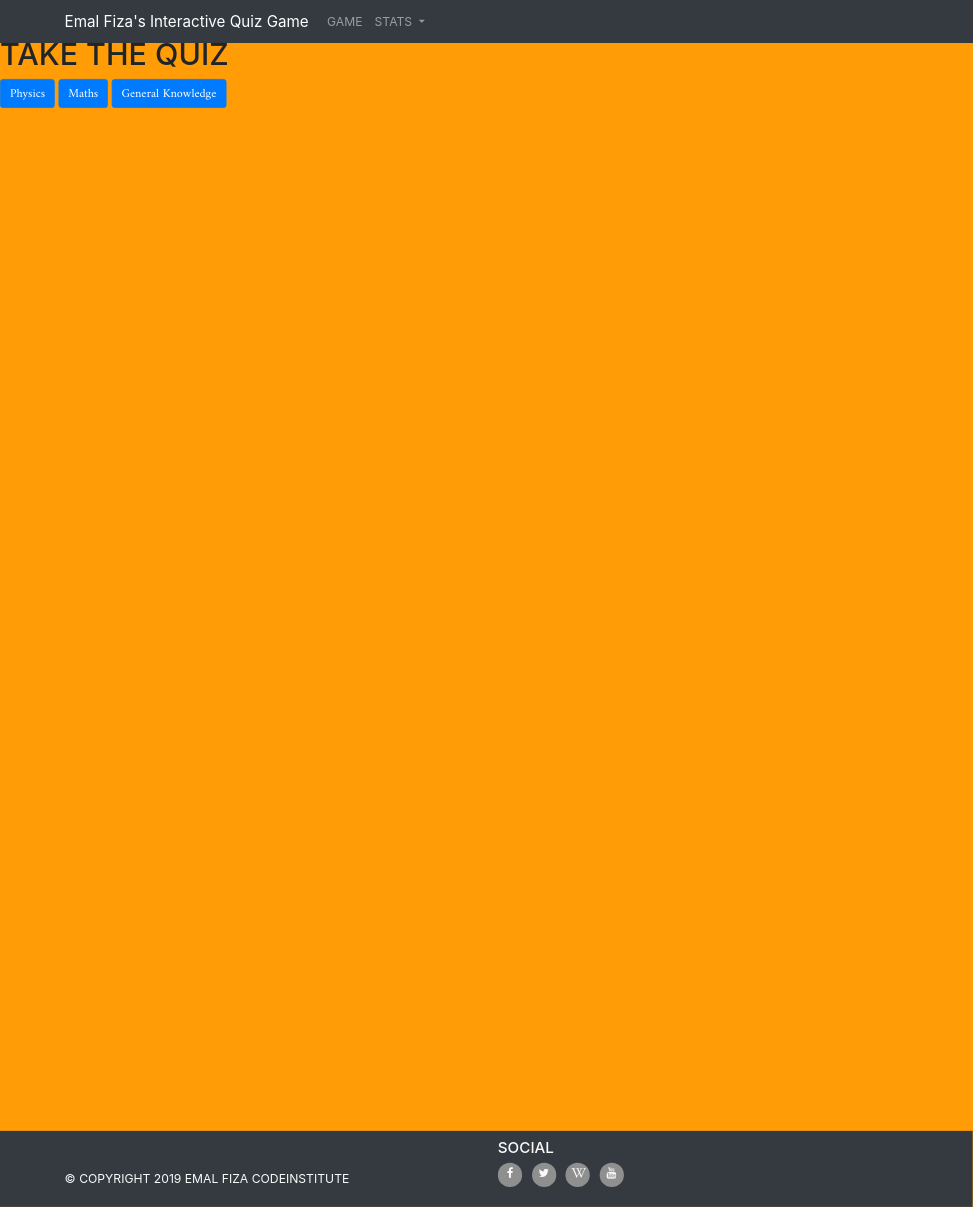
Repository: emalfiza/interactive-quiz-game
Page: index.html
The author's editor kept a record of every edit. The page is drawn from the files as they stood at one moment, then again after the next edit.
The browser window is 1280 px wide. The pictures show the whole page, at 76% of full size.
Some web fonts or font styles are not loaded; a fallback is used. Some web libraries are served in a nearby version.

Above is the page before.
Console error: TypeError: $(...).scrollspy is not a function

### index.html
<!DOCTYPE html>
<html lang="en">

<head>
    <meta charset="UTF-8">
    <meta name="viewport" content="width=device-width, initial-scale=1.0">
    <meta http-equiv="X-UA-Compatible" content="ie=edge">
    <!-- font awesome library -->
    <link rel="stylesheet" href="https://stackpath.bootstrapcdn.com/font-awesome/4.7.0/css/font-awesome.min.css" type="text/css">
    <!-- Bootstrap CDN -->
    <link rel="stylesheet" href="https://stackpath.bootstrapcdn.com/bootstrap/4.3.1/css/bootstrap.min.css" integrity="sha384-ggOyR0iXCbMQv3Xipma34MD+dH/1fQ784/j6cY/iJTQUOhcWr7x9JvoRxT2MZw1T" crossorigin="anonymous">
    <!-- local style sheet link to my css file comes after to make sure it render over bootstrap style -->
    <link rel="stylesheet" href="assets/css/style.css" type="text/css" />
    <title>Ineractive Quiz Game</title>
</head>

<body>
    <!-- Bootstrap navbar to hold the nav bar for the page -->
    <header>
        <nav id="mainNav" class="navbar navbar-expand-md bg-dark navbar-dark fixed-top">
            <div class="container">
                <a class="navbar-brand" href="#">Emal Fiza's Interactive Quiz Game</a>

                <!-- Toggler/collapsibe Button -->
                <button class="navbar-toggler" type="button" data-toggle="collapse" data-target="#collapsibleNavbar">
		        <span class="navbar-toggler-icon"></span>
		        </button>

                <!-- Navbar links -->
                <div class="collapse navbar-collapse" id="collapsibleNavbar">
                    <ul class="navbar-nav">
                        <li class="nav-item">
                            <a class="nav-link" href="game">GAME</a>
                        </li>
                        <li class="nav-item dropdown">
                            <a class="nav-link dropdown-toggle" data-toggle="dropdown" href="#">STATS
							<span class="caret"></span></a>
                            <ul class="dropdown-menu">
                                <li><a class="dropdown-item" href="#">Score</a></li>
                                <li><a class="dropdown-item" href="#">Correct Answers</a></li>
                            </ul>
                        </li>
                    </ul>
                </div>
            </div>
        </nav>
    </header>

    <!-- Main Bootstrap class padding 5 to hold the main content of the game -->
    <main class="pt-5">

        <!-- section to hold content for quiz game -->
        <section id="game" class="min-vw-100 min-vh-100">
            <!-- Bootsttrap predefined button class from the bootstarp ducomentation -->
            <div id="fullQuiz">
                <div>
                    <h1 id="heading1">TAKE THE QUIZ</h1>
                </div>
                <button id="physics" type="button" class="btn btn-primary">Physics</button>
                <button id="maths" type="button" class="btn btn-primary">Maths</button>
                <button id="general" type="button" class="btn btn-primary">General Knowledge</button>
            </div>
            <div id="quizDiv">
            </div>
        </section>

        <!-- section to hold content for stats of the game -->
        <section id="stats" class="min-vw-100 min-vh-100">

        </section>
    </main>

    <!--Footer html codes copy pasted from my Stream One Project: User-Centric Frontend Development - project-kabul Code Institute-->
    <footer class="container-fluid footer">
        <div class="container">
            <div class="row">
                <div class="col-sm-6">
                    <p class="uppercase general-sub special">&copy; Copyright 2019 Emal Fiza CodeInstitute</p>
                </div>
                <div class="col-sm-6">
                    <h5 class="uppercase general-sub">Social</h5>
                    <ul class="list-inline social-links">
                        <li class="list-inline-item">
                            <a target="_blank" href="https://www.facebook.com/places/Things-to-do-in-Kabul-Afghanistan/102164239825190/">
              <i class="fa fa-facebook" aria-hidden="true"></i>
              <span class="sr-only">Facebook</span>
            </a>
                        </li>
                        <li class="list-inline-item">
                            <a target="_blank" href="https://twitter.com/kabulnewstv">
              <i class="fa fa-twitter" aria-hidden="true"></i>
              <span class="sr-only">Twitter</span>
            </a>
                        </li>
                        <li class="list-inline-item">
                            <a target="_blank" href="https://en.wikipedia.org/wiki/Kabul">
              <i class="fa fa-wikipedia-w" aria-hidden="true"></i>
              <span class="sr-only">Wikipedia</span>
            </a>
                        </li>
                        <li class="list-inline-item">
                            <a target="_blank" href="https://www.youtube.com/watch?v=JuWQ4T8p5m0">
              <i class="fa fa-youtube" aria-hidden="true"></i>
              <span class="sr-only">YouTube</span>
            </a>
                        </li>
                    </ul>
                </div>
            </div>
        </div>

    </footer>

    <!-- Adding bootstrap javascript files and Jquery files -->
    <script src="https://code.jquery.com/jquery-3.4.1.min.js" integrity="sha256-CSXorXvZcTkaix6Yvo6HppcZGetbYMGWSFlBw8HfCJo=" crossorigin="anonymous">
    </script>
    <script src="https://cdnjs.cloudflare.com/ajax/libs/popper.js/1.14.7/umd/popper.min.js" integrity="sha384-UO2eT0CpHqdSJQ6hJty5KVphtPhzWj9WO1clHTMGa3JDZwrnQq4sF86dIHNDz0W1" crossorigin="anonymous">
    </script>
    <script src="https://stackpath.bootstrapcdn.com/bootstrap/4.3.1/js/bootstrap.min.js" integrity="sha384-JjSmVgyd0p3pXB1rRibZUAYoIIy6OrQ6VrjIEaFf/nJGzIxFDsf4x0xIM+B07jRM" crossorigin="anonymous">
    </script>
    <script src="https://code.jquery.com/jquery-3.1.0.js" integrity="sha256-slogkvB1K3VOkzAI8QITxV3VzpOnkeNVsKvtkYLMjfk=" crossorigin="anonymous">
    </script>
    <!-- Local JavaScript files links -->
    <script type="text/javascript" src="assets/js/main.js">
    </script>
    <script type="text/javascript" src="assets/js/questions.js">
    </script>
</body>

</html>

### assets/css/style.css
/*
▓█████  ███▄ ▄███▓ ▄▄▄       ██▓         █████▒██▓▒███████▒ ▄▄▄
▓█   ▀ ▓██▒▀█▀ ██▒▒████▄    ▓██▒       ▓██   ▒▓██▒▒ ▒ ▒ ▄▀░▒████▄
▒███   ▓██    ▓██░▒██  ▀█▄  ▒██░       ▒████ ░▒██▒░ ▒ ▄▀▒░ ▒██  ▀█▄
▒▓█  ▄ ▒██    ▒██ ░██▄▄▄▄██ ▒██░       ░▓█▒  ░░██░  ▄▀▒   ░░██▄▄▄▄██
░▒████▒▒██▒   ░██▒ ▓█   ▓██▒░██████▒   ░▒█░   ░██░▒███████▒ ▓█   ▓██▒
░░ ▒░ ░░ ▒░   ░  ░ ▒▒   ▓▒█░░ ▒░▓  ░    ▒ ░   ░▓  ░▒▒ ▓░▒░▒ ▒▒   ▓▒█░
 ░ ░  ░░  ░      ░  ▒   ▒▒ ░░ ░ ▒  ░    ░      ▒ ░░░▒ ▒ ░ ▒  ▒   ▒▒ ░
   ░   ░      ░     ░   ▒     ░ ░       ░ ░    ▒ ░░ ░ ░ ░ ░  ░   ▒
   ░  ░       ░         ░  ░    ░  ░           ░    ░ ░          ░  ░
                                                  ░


google font Amiri and Tomorrow imported from the google font the entire project*/
@import url('https://fonts.googleapis.com/css?family=Amiri:100,200,300,400,500,600,700|Tomorrow:100,200,300,400,500,600,700&display=swap');

/* Animation colour change css code copied from CodePen and slightly changed by myself */

body {
    animation: colorchange 45s infinite;
    /* animation-name followed by duration in seconds*/
    /* you could also use milliseconds (ms) or something like 2.5s */
    -webkit-animation: colorchange 45s infinite;
    /* Chrome and Safari */
}

@keyframes colorchange {
    0% {
        background: #ff0000;
    }
    25% {
        background: #ffc107;
    }
    50% {
        background: #0000ff;
    }
    75% {
        background: #008000;
    }
    100% {
        background: #ff0000;
    }
}

@-webkit-keyframes colorchange
/* Safari and Chrome - necessary duplicate */

    {
    0% {
        background: #ff0000;
    }
    25% {
        background: #ffc107;
    }
    50% {
        background: #0000ff;
    }
    75% {
        background: #008000;
    }
    100% {
        background: #ff0000;
    }
}

html,
body {
    margin: 0;
    padding: 0;
    overflow-x: hidden;
    /* to have smooth scroll effect */
    scroll-behavior: smooth;
}

/* Nav bar of the page */

/* to have the color changed when the scroltop() is greater than the height - main.js changes the color */

.scrolled {
    box-shadow: 0 .5rem 1rem grey;
    background-color: #ca2a67 !important;
    transition: background-color 400ms linear;
}

/* to toggle the color back with a smooth transition */

.fixed-top {
    transition: background-color 400ms linear;
}

.active {
    font-family: 'Amiri', sans-serif;
    font-weight: 700;
    color: white;
    transition: color 300ms linear, font-weight 300ms linear;
}

/* main content of the game page */
#center {
    position: absolute;
    width: 50%;
    height: 25%;
    top: 50%;
    left: 25%;
    margin: auto;
    border-radius: 20px;
}

.btn-primary {
    font-family: 'Amiri', Sans-Serif;
    position: relative;
    margin: auto;
}

/* Footer css codes copy pasted from my Stream One Project: User-Centric Frontend Development - project-kabul Code Institute */
footer {
    background-color: #343a40!important;
    color: #fafafa;
    min-height: 100px;
}

.footer {
    position: relative;
    left: 0;
    bottom: 0;
    width: 100%;
}

.uppercase {
    text-transform: uppercase;
}

/* --The font-family for the general-sub I copied from the bootsratp navbar "DevTool" of my home page
because I wanted my footer font family to match my navbar--*/

.general-sub {
    font-family: -apple-system, BlinkMacSystemFont, "Segoe UI", Roboto, "Helvetica Neue",
    Arial, "Noto Sans", sans-serif, "Apple Color Emoji", "Segoe UI Emoji", "Segoe UI Symbol", "Noto Color Emoji";
    margin-top: 10px;
}

.special {
    margin-left: 0px;
    margin-top: 50px;
}

.social-links {
    padding: 0;
}

.social-links li a i {
    position: relative;
    width: 32px;
    height: 32px;
    padding: 8px;
    border-radius: 50%;
    font-size: 15px;
    line-height: 12px;
    text-align: center;
    color: #fafafa;
    background-color: #8f8f8f;
    transition: all 0.40s ease-in-out;
    -moz-transition: all 0.40s ease-in-out;
    -webkit-transition: all 0.40s ease-in-out;
    -o-transition: all 0.40s ease-in-out;
}

.social-links li a i:hover {
    background-color: #252525;
}

### assets/js/main.js
$(function () {
  $(document).scroll(function () {
    var $nav = $(".fixed-top");
    $nav.toggleClass('scrolled', $(this).scrollTop() > $nav.height());
  });

});
/*
Got help from:
https://github.com/BlackrockDigital/startbootstrap-scrolling-nav/blob/master/js/scrolling-nav.js
*/
(function($) {
  "use strict"; // Start of use strict
  // Activate scrollspy to add active class to navbar items on scroll
  $('body').scrollspy({
    target: '#mainNav',
    offset: 56
  });

})(jQuery); // End of use strict


$(document).ready(function() {
    $.getJSON("assets/js/test.json", function(jsonObject) {
        console.log(jsonObject.quizTitle); // this will show the info it in firebug console
        console.log(jsonObject.questions[0].correctAnswer); // this will show the info it in firebug console
    });
});

### assets/js/questions.js
var physicsQuestions = [{
        question: "What is the first name of the famous scientist who gave us Newton’s three laws of motion?",
        choices: ["Albert Einstein", "Galileo Galilei", "Michael Faraday", "Isaac Newton"],
        answer: "Isaac Newton"
    },
    {
        question: "Bolometer is used to measure?",
        choices: ["Temperature", "Frequency", "Velocity", "Wavelength"],
        answer: "Temperature"
    },
    {
        question: "Which one of the following has the highest value of specific heat?",
        choices: ["Alcohol", "Methane", "Water", "Kerosene"],
        answer: "Water"
    },
    {
        question: "Product of Force and Velocity is called:",
        choices: ["Work", "Energy", "Power", "Momentum"],
        answer: "Power"
    },
    {
        question: "A man presses more weight on earth at:",
        choices: ["leaning Position", "Lying Position", "Standing Position", "Sitting position"],
        answer: "Standing Position"
    },
    {
        question: "If electrical conductivity increases with the increase of temperature of a substance, then it is a:",
        choices: ["Conductor", "Semiconductor", "Insulator", "Carborator"],
        answer: "Semiconductor"
    },
    {
        question: "With the increase of pressure, the boiling point of any substance",
        choices: ["Increases", "Becomes zero", "Decreases", "Remains Same"],
        answer: "Increases"
    },
    {
        question: "The rotational effect of a force on a body about an axis of rotation is described in terms of the",
        choices: ["Centre of gravity", "Centrifugal force", "Moment of force", "Centripetal force"],
        answer: "Moment of force"
    },
    {
        question: "What is the unit of Astronomical Distance?",
        choices: ["Weber", "Lux", "Angstrom", "Light year"],
        answer: "Light year"
    },
    {
        question: "What is the scale used for measuring the intensity of the earthquake?",
        choices: ["Richter Scale", "Quake Scale", "Metric Scale", "Epicentre Scale"],
        answer: "Richter Scale"
    }
];

var mathsQuestions = [{
        question: "You are travelling down the motorway at 60 m/s. How long will it take you to cover a distance of 30,000 metres?",
        choices: ["750 seconds", "50 seconds", "500 seconds", "1050 seconds"],
        answer: "500 second"
    },
    {
        question: "Convert you last answer from seconds to minutes. How many minutes does it therefore take you to travel 30,000 metres at 60m/s?",
        choices: ["8.33 mins", "0.833 mins", "12.5 min", "17.5 mins"],
        answer: "8.33 mins"
    },
    {
        question: "Aamina and Emal Fiza are working on a maths project together, and together they are being paid a total of £10,000 in the ratio 6:4 respectively. How much does Emal get paid?",
        choices: ["£5000", "£6000", "£4000", "£3750"],
        answer: "£4000"
    },
    {
        question: "Emal Fiza suffers from the case of a broken nose and the size of his nose increases by 2.5% each month. If his nose measured 4 cm at the beginning of December, what does his nose measure mid-April?",
        choices: ["4.42 cm", "4.31 cm", "4.20 cm", "4.3 cm"],
        answer: "4.42 cm"
    },
    {
        question: "You are travelling in the shape of a right-handed triangle, with sides measuring - hypotenuse 50m and adjacent 43m. what is the length of the opposite side?",
        choices: ["423 m", "754 m", "534 m", "651 m"],
        answer: "651 m"
    },
    {
        question: "How much does the angle between the given adjacent and hypotenuse in the last question measure?",
        choices: ["50 degrees", "90 degrees", "40.7 degrees", "94.55 degrees"],
        answer: "40.7 degrees"
    },
    {
        question: "What is 567,846 rounded to the nearest 10",
        choices: ["567,800", "567,850", "567,840", "570,000"],
        answer: "567,850"
    },
    {
        question: "Emal Fiza and Aamina are playing a quiz. For every 5 questions Aamina scores correctly, Emal scores one correct question. How many questions does Emal get correct if Aamina gets 70 questions correct?",
        choices: ["14", "23", "11", "50"],
        answer: "14"
    },
    {
        question: "If you have a straight line 3y = 6x+5; what is the gradient of the line?",
        choices: ["6", "2", "5", "18"],
        answer: "2"
    },
    {
        question: "What Is the y-intercept of the straight line of equation 3y = 6x+5?",
        choices: ["3", "6", "5", "1.7"],
        answer: "5"
    }
];

var generalQuestions = [{
        question: "Which chess piece is of the lowest theoretical value?",
        choices: ["Knight", "Castle", "Bishop", "Pawn"],
        answer: "Pawn"
    },
    {
        question: "What is the capital of Canada?",
        choices: ["Montreal", "Ottawa", "Toronto", "Vancouver"],
        answer: "Ottawa"
    },
    {
        question: "Who was the first man on the moon?",
        choices: ["Buzz Aldrin", "Yuri Gagarin", "Neil Armstrong", "John Glennr"],
        answer: "Neil Armstrong"
    },
    {
        question: "According to the Bible, what was the name of the town which was the birthplace of Jesus Christ?",
        choices: ["Nazareth", "Bethlehem", "Jerusalem", "Gethsemane"],
        answer: "Bethlehem"
    },
    {
        question: "What number is represented by the letters XIX in Roman numerals?",
        choices: ["19", "16", "11", "21"],
        answer: "19"
    },
    {
        question: "Name the third known major planet from the sun in our solar system.",
        choices: ["Venus", "Jupiter", "Mars", "Earth"],
        answer: "Earth"
    },
    {
        question: "What is the biggest living fish in the ocean?",
        choices: ["white shark", "Whale", "Tuna", "Barracuda"],
        answer: "Whale"
    },
    {
        question: "In which African country is Timbuktu?",
        choices: ["Algeria", "Chad", "Mali", "Nigeria"],
        answer: "Mali"
    },
    {
        question: "Name the traditional and popular wrestling sport of Japan.",
        choices: ["Sumo", "Origami", "Ikebana", "NKendo"],
        answer: "Sumo"
    },
    {
        question: "Name the capital of Australia.",
        choices: ["Melbourne", "Sydney", "Perth", "Canberra"],
        answer: "Canberra"
    }
];

After the next edit:
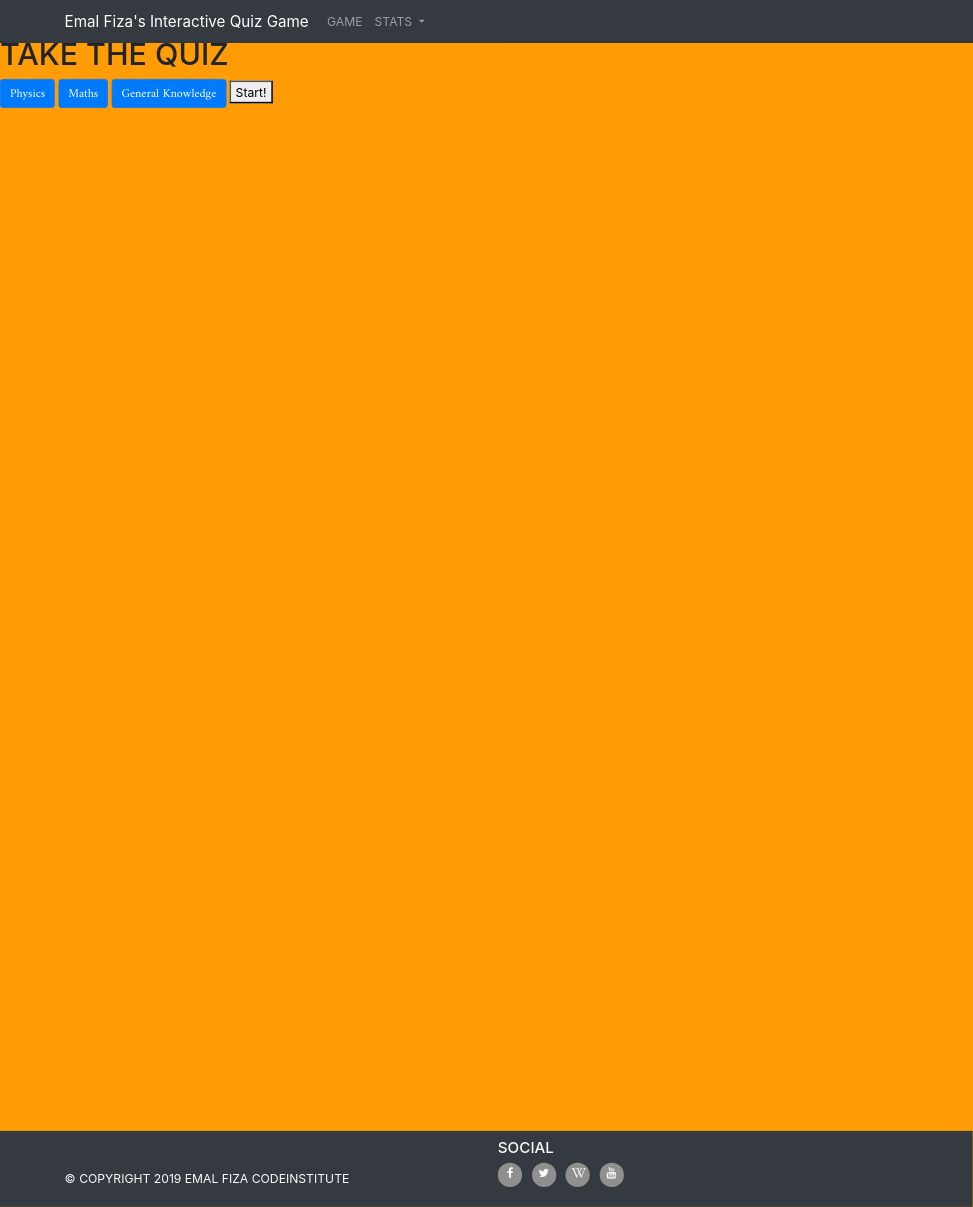
The edit:
--- a/index.html
+++ b/index.html
@@ -59,6 +59,7 @@
                 <button id="physics" type="button" class="btn btn-primary">Physics</button>
                 <button id="maths" type="button" class="btn btn-primary">Maths</button>
                 <button id="general" type="button" class="btn btn-primary">General Knowledge</button>
+                <button id="startButton" type="button">Start!</button>
             </div>
             <div id="quizDiv">
             </div>
